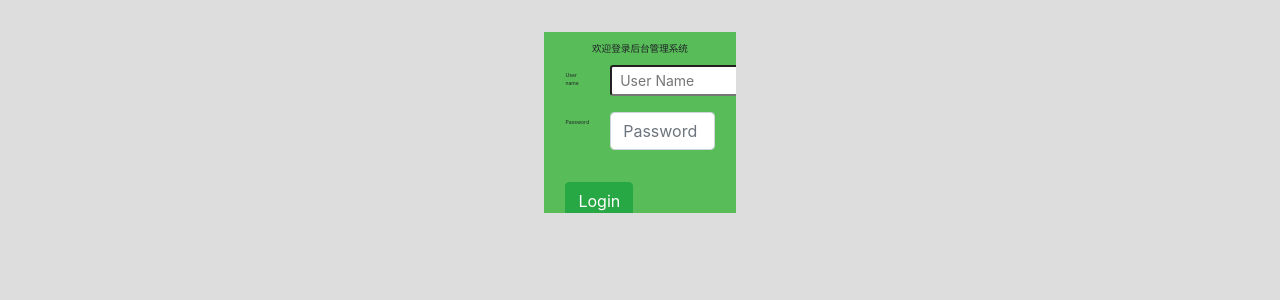
Repository: gzh51904/baiyangApp
Page: / (app in houtai/Vue-admin/)
An editor plug-in stored every save of this project. The page is shown before and after the next save, followed by the edit.
The browser window is 1280 px wide. The pictures show the whole page.
The project was rebuilt for these pictures with package versions that can differ from the ones it lists, and the page was loaded fresh each time. Also part of the build but not shown: houtai/Vue-admin/vue.config.js.

Above is the page before, as saved 2019-05-11 10:41:29.

### houtai/Vue-admin/public/index.html
<!DOCTYPE html>
<html lang="en">
  <head>
    <meta charset="utf-8">
    <meta http-equiv="X-UA-Compatible" content="IE=edge">
    <meta name="viewport" content="width=device-width,initial-scale=1.0">
    <link rel="icon" href="<%= BASE_URL %>favicon.ico">
    <title>secco-admin</title>
    <style>
    html,body{
      width:100%;
      height:100%;
    }

    </style>
  </head>
  <body>

    <div id="app"></div>
    <!-- built files will be auto injected -->
  </body>
</html>

### houtai/Vue-admin/src/main.js
import Vue from 'vue'
import App from './App.vue'
import router from './router/router'
import store from './store'

// import axios from "axios";
// Vue.prototype.$axios = axios;

// import bootstrap lib to the project,没有路径就会直接去找node_modules
import "bootstrap";

import 'lib-flexible';
Vue.config.productionTip = false

new Vue({
  router,
  store,
  render: h => h(App)
}).$mount('#app')

### houtai/Vue-admin/src/App.vue
<template>
  <div id="app">

    <router-view/>
  </div>
</template>
<script>
export default {

}
</script>

<style>
@import  '../node_modules/bootstrap/dist/css/bootstrap.css';

#app{
  height:100%;
  width:100%;
  background-color: #ddd;
  overflow:hidden;
}
</style>

### houtai/Vue-admin/src/router/router.js
import Vue from 'vue'
import Router from 'vue-router'
import Login from '../pages/login.vue'


Vue.use(Router)

export default new Router({
  mode: 'history',
  base: process.env.BASE_URL,
  routes: [
    {
      path: '/',
      name: 'Login',
      component: Login
    },
    {
      path: '/admin',
      name: 'admin',
      meta: {
        requireAuth: true
      },
      // route level code-splitting
      // this generates a separate chunk (about.[hash].js) for this route
      // which is lazy-loaded when the route is visited.
      component: () => import(/* webpackChunkName: "about" */ '../pages/admin/admin.vue'),
      children: [
        {
          path: 'goods',
          name: 'goods',
          title: '商品管理',
          component: () => import('../pages/admin/goods/goods'),//路径要自己改
          children:[
            {
              path: 'list',
              name: 'list',
              title: '商品列表',
              component: () => import('../pages/admin/goods/list'),//路径要自己改
            },
            {
              path: 'categories',
              name: 'categories',
              title: '商品分类',
              component: () => import('../pages/admin/goods/categories'),//路径要自己改
            },
            {
              path: 'addgoods',
              name: 'addgoods',
              title: '添加商品',
              component: () => import('../pages/admin/goods/addgoods'),//路径要自己改
            },
          ]
        },
        {
          path: 'users',
          name: 'users',
          title: '用户管理',
          component: () => import('../pages/admin/users/users'),//路径要自己改
          children:[
            {
              path: 'list',
              name: 'list',
              title: '用户列表',
              component: () => import('../pages/admin/users/list'),//路径要自己改
            },
            {
              path: 'adduser',
              name: 'adduser',
              title: '添加用户',
              component: () => import('../pages/admin/users/adduser'),//路径要自己改
            },

          ]
        },
      ]
    }
  ]
})

### houtai/Vue-admin/src/store/index.js
import Vue from 'vue'
import Vuex from 'vuex'
import createPersistedState from 'vuex-persistedstate'

Vue.use(Vuex)

/* eslint-disable no-new */
const store = new Vuex.Store({
  plugins: [createPersistedState()],
  modules: {
  }
})

export default store

### houtai/Vue-admin/src/pages/login.vue
<template>
<div class="login">
    <h3>欢迎登录后台管理系统</h3>

<form class="login-form">
   <div class="form-group row" >
    <label for="inputUsername" class="col-sm-3 col-form-label">User name</label>
    <div class="col-sm-9">
      <input type="password" class="form-control-sm" id="inputUsername" placeholder="User Name" >
    </div>
  </div>
  <div class="form-group row">
    <label for="inputPassword" class="col-sm-3 col-form-label">Password</label>
    <div class="col-sm-9">
      <input type="password" class="form-control" id="inputPassword" placeholder="Password">
    </div>
  </div>
  <button type="button" class="btn btn-success mt-3">Login</button>
</form>


</div>
</template>
<script>
export default {

}
</script>
<style lang="scss" scoped>
.login{
    margin: 2rem auto;
    overflow:hidden;
    width: 12rem;
    height:11.333333rem;
    /* height:5rem; */
    background-color:#58bc58;
    padding-top:.013333rem;
    h3{
        margin: .666667rem auto;
        text-align: center;
        font-size: .6rem;
        font-weight: 500;
    }
    .login-form{
      width:9.32rem;
        margin:0px auto;
        label{
            font-size: .32rem;
        }
        input{
           height: .6;
           ::placeholder{
               font-size: .32rem;
           }

        }
        button{
            margin:0 auto;
        }
    }
}
</style>

After the next save:
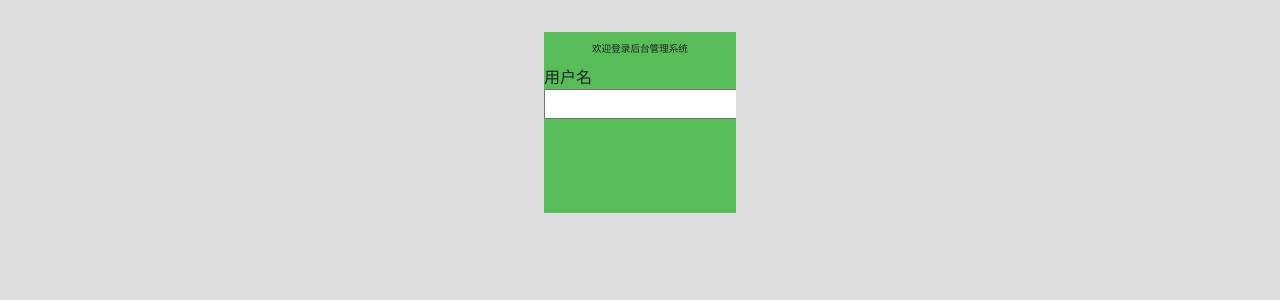
Saved 115 s later.
--- a/houtai/Vue-admin/src/pages/login.vue
+++ b/houtai/Vue-admin/src/pages/login.vue
@@ -1,22 +1,12 @@
 <template>
 <div class="login">
     <h3>欢迎登录后台管理系统</h3>
-
-<form class="login-form">
-   <div class="form-group row" >
-    <label for="inputUsername" class="col-sm-3 col-form-label">User name</label>
-    <div class="col-sm-9">
-      <input type="password" class="form-control-sm" id="inputUsername" placeholder="User Name" >
+    <div class="login-form">
+        <div>
+            <span>用户名</span>
+            <input type="text" id="user">
+        </div>
     </div>
-  </div>
-  <div class="form-group row">
-    <label for="inputPassword" class="col-sm-3 col-form-label">Password</label>
-    <div class="col-sm-9">
-      <input type="password" class="form-control" id="inputPassword" placeholder="Password">
-    </div>
-  </div>
-  <button type="button" class="btn btn-success mt-3">Login</button>
-</form>
 
 
 </div>
@@ -41,22 +31,6 @@ export default {
         font-size: .6rem;
         font-weight: 500;
     }
-    .login-form{
-      width:9.32rem;
-        margin:0px auto;
-        label{
-            font-size: .32rem;
-        }
-        input{
-           height: .6;
-           ::placeholder{
-               font-size: .32rem;
-           }
 
-        }
-        button{
-            margin:0 auto;
-        }
-    }
 }
 </style>
